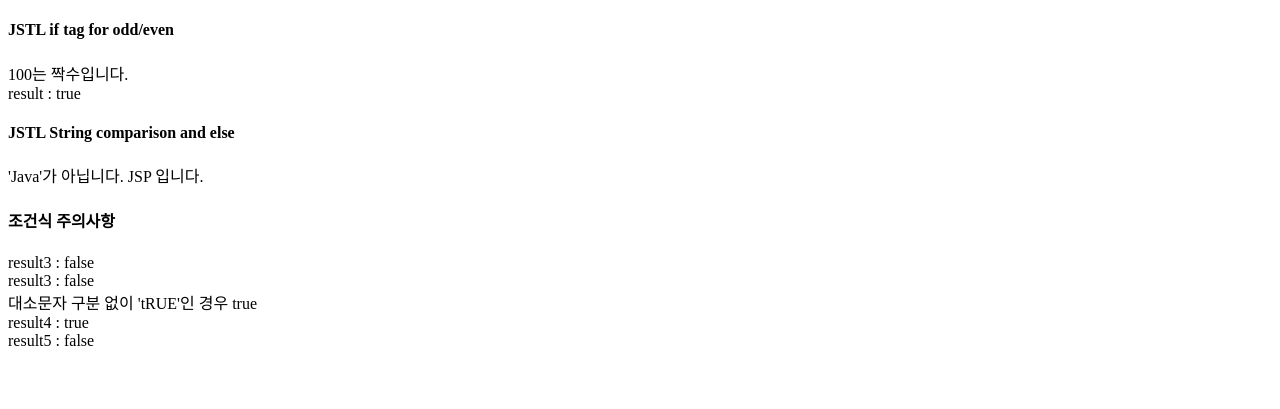
Repository: Jadedvst/Java_JSP-Servlet
Page: http://localhost/MustHaveJSP/11JSTL/core/if.jsp
These files come from the project's save history. The page is drawn as it stood at one moment and after the next save; the edit follows.
The browser window is 1280 px wide. The pictures show the whole page.
The page is served by Tomcat 10.

Above is the page before, as saved 2023-12-19 02:43:37.

After the next save:
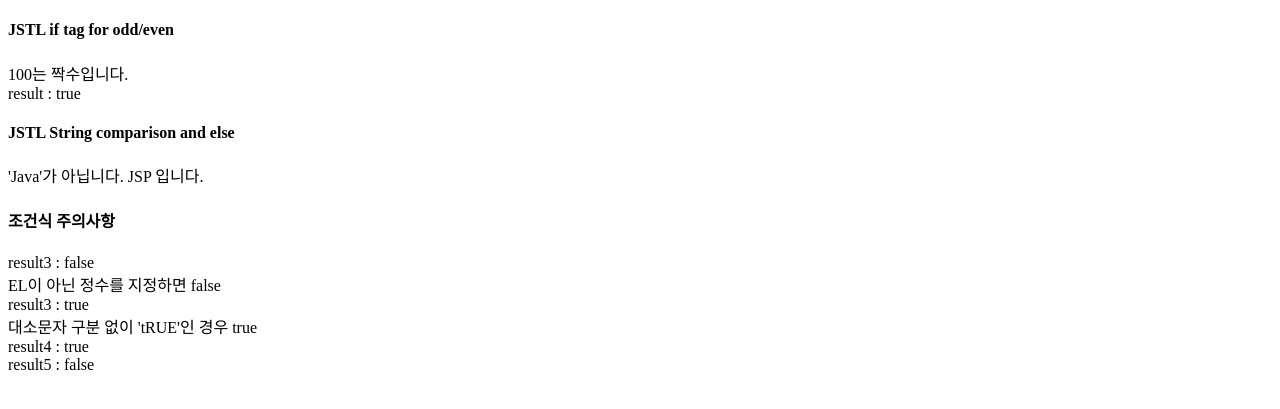
Saved 13 s later.
--- a/MustHaveJSP/src/main/webapp/11JSTL/core/if.jsp
+++ b/MustHaveJSP/src/main/webapp/11JSTL/core/if.jsp
@@ -31,7 +31,7 @@
 		EL이 아닌 정수를 지정하면 false <br/>
 	</c:if>
 	result3 : ${ result3 } <br/>
-	<c:if test="${ number }" var= "result3">
+	<c:if test="${ number eq 100 }" var= "result3">
 		EL이 아닌 정수를 지정하면 false <br/>
 	</c:if>
 	result3 : ${ result3 } <br/>
